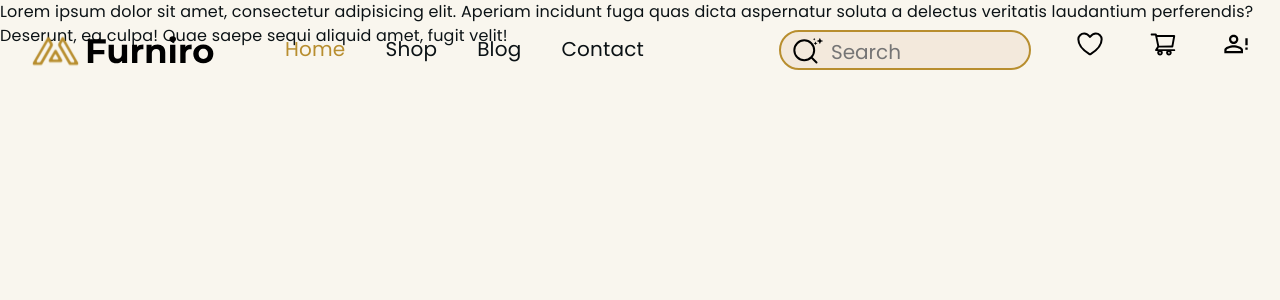
Repository: binhphanbp/furniro-interior_website
Page: index.html
These files come from the project's save history. The page is drawn as it stood at one moment and after the next save; the edit follows.
The browser window is 1280 px wide. The pictures show the whole page.

Above is the page before, as saved 2025-02-20 00:09:21.

After the next save:
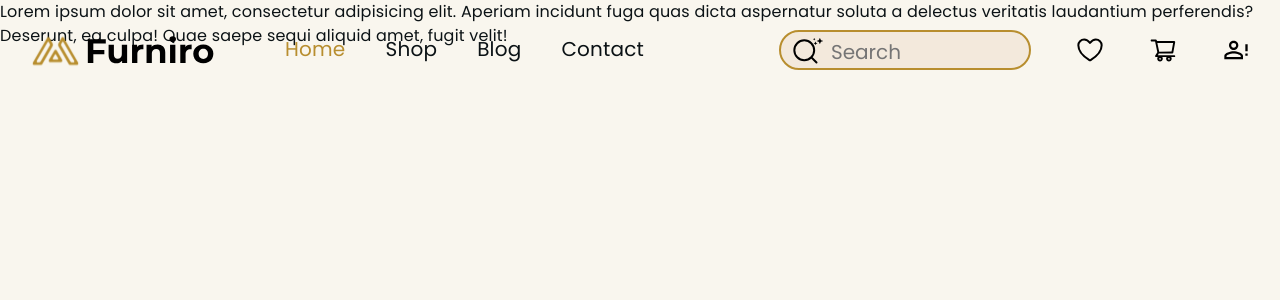
Saved 28 s later.
--- a/src/assets/styles/components/header.css
+++ b/src/assets/styles/components/header.css
@@ -73,6 +73,10 @@
   gap: 45px;
 }
 
+.header .header__icons .header__icons-item {
+  align-self: center;
+}
+
 .header__icons-searchbar {
   display: flex;
   align-items: center;
